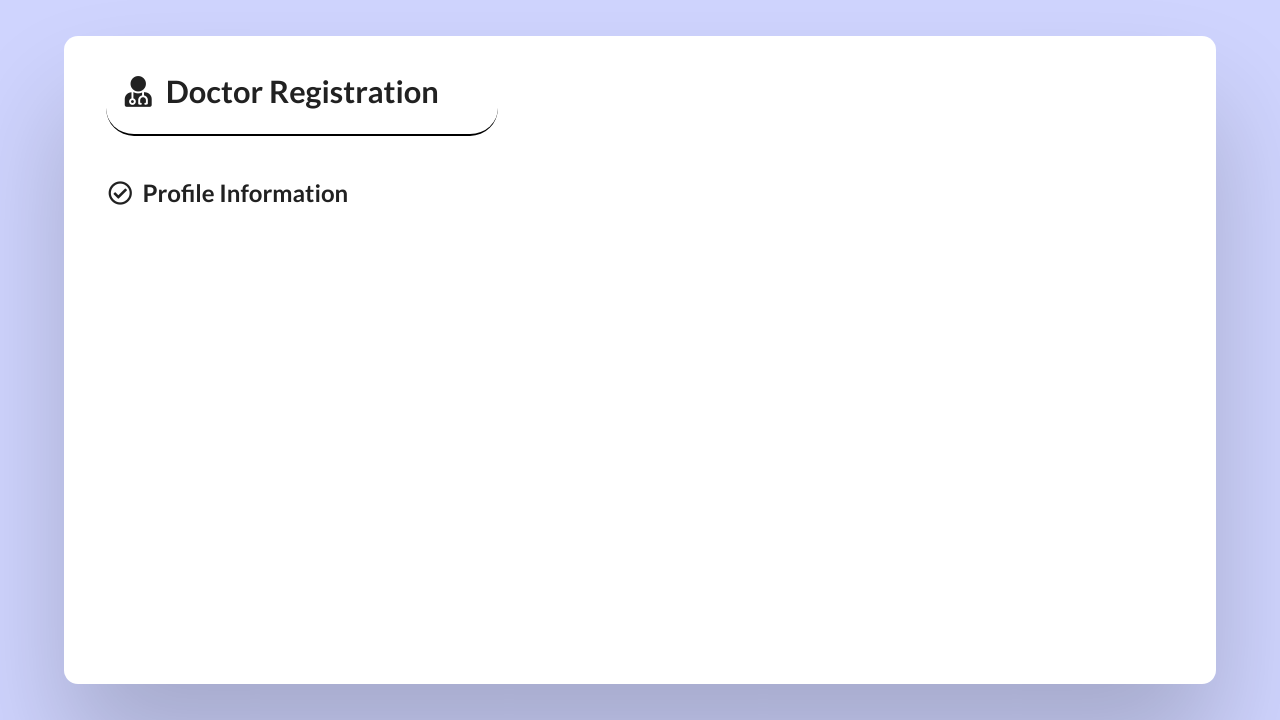
Repository: ajayaj2001/healthcare-digitization
Page: /doctorRegister
An editor plug-in stored every save of this project. The page is shown before and after the next save, followed by the edit.
The browser window is 1280 px wide. The pictures show the whole page.
The project was rebuilt for these pictures with package versions that can differ from the ones it lists, and the page was loaded fresh each time. Also part of the build but not shown: src/component/userType/UserType.scss, src/component/userType/UserType.js, src/component/login/Login.scss, src/component/login/loginForm/LoginForm.scss, src/component/login/loginForm/LoginForm.js, src/component/login/Login.js, src/component/register/Register.scss, src/component/register/registerForm/RegisterForm.scss and 2 more.

Above is the page before, as saved 2021-03-13 11:32:08.

### public/index.html
<!DOCTYPE html>
<html lang="en">

<head>
  <meta charset="utf-8" />
  <meta name="viewport" content="width=device-width, initial-scale=1" />
  <meta name="theme-color" content="#000000" />
  <meta name="description" content="Web site created using create-react-app" />
  <link rel="stylesheet" href="https://fonts.googleapis.com/css?family=Roboto:300,400,500,700&display=swap" />
  <link rel="stylesheet" href="https://fonts.googleapis.com/icon?family=Material+Icons" />

  <!--
      manifest.json provides metadata used when your web app is installed on a
      user's mobile device or desktop. See https://developers.google.com/web/fundamentals/web-app-manifest/
    -->
  <!-- <link rel="manifest" href="%PUBLIC_URL%/manifest.json" /> -->
  <!--
      Notice the use of %PUBLIC_URL% in the tags above.
      It will be replaced with the URL of the `public` folder during the build.
      Only files inside the `public` folder can be referenced from the HTML.

      Unlike "/favicon.ico" or "favicon.ico", "%PUBLIC_URL%/favicon.ico" will
      work correctly both with client-side routing and a non-root public URL.
      Learn how to configure a non-root public URL by running `npm run build`.
    -->
  <title>medical</title>
</head>

<body>
  <noscript>You need to enable JavaScript to run this app.</noscript>
  <div id="root"></div>
  <!--
      This HTML file is a template.
      If you open it directly in the browser, you will see an empty page.

      You can add webfonts, meta tags, or analytics to this file.
      The build step will place the bundled scripts into the <body> tag.

      To begin the development, run `npm start` or `yarn start`.
      To create a production bundle, use `npm run build` or `yarn build`.
    -->
</body>

</html>

### src/index.js
import React from 'react';
import ReactDOM from 'react-dom';
import './index.scss';
import App from './component/app/App';
import 'semantic-ui-css/semantic.min.css'


ReactDOM.render(
  // <React.StrictMode>
    <App />
  // </React.StrictMode>
  ,
  document.getElementById('root')
);

### src/index.scss
code {
  font-family: source-code-pro, Menlo, Monaco, Consolas, "Courier New", monospace;
}
@mixin respond($breakpoint) {
  @if $breakpoint == phone {
    @media (max-width: 37.5em) {
      @content;
    }
  }

  @if $breakpoint == tab-land {
    @media (max-width: 75em) {
      @content;
    }
  }
  @if $breakpoint == tab-port {
    @media (max-width: 56.25em) {
      @content;
    }
  }
  @if $breakpoint == big-desktop {
    @media (min-width: 112.5em) {
      @content;
    }
  }
}

*,
*::after,
*::before {
  margin: 0;
  padding: 0;
  box-sizing: inherit;
}
body {
  font-family: "Lato", sans-serif;
  font-weight: 400;
  font-size: 16px;
  line-height: 1.7;
  color: #777;
  //padding: 30px;
  box-sizing: border-box;
  @include respond(tab-port) {
    padding: 0;
  }
}

html {
  font-size: 62.5%; //1rem=10px 10px/16px=62.5%
  @include respond(tab-land) {
    //width <1200
    font-size: 56.25%; //1rem=9px
  }
  @include respond(tab-port) {
    //<width <900
    font-size: 50%; //1rem=8px
  }
  // @include respond(phone) {
  //     //<width<600
  //     font-size: 40%; //1rem=4.8px
  // }
  @include respond(big-desktop) {
    //>1200
    font-size: 75%; //1rem=12
  }
}

### src/component/app/App.js
import './App.scss';

import UserType from "../userType/UserType";
import Login from '../login/Login';
import Register from '../register/Register';
import { BrowserRouter as Router,Route,Switch } from 'react-router-dom';
import DoctorRegister from '../doctorRegister/DoctorRegister';

function App() {
  return (
    <Router>
       <Switch>
          <Route path="/login">
           <Login/>
          </Route>
          <Route path="/register">
           <Register/>
          </Route>
          <Route path="/doctorRegister">
            <DoctorRegister/>
          </Route>
          <Route path="/">
            <UserType/>
          </Route>

        </Switch>
    {/* <div className="App">
    </div> */}
    </Router>
  );
}

export default App;

### src/component/doctorRegister/DoctorRegister.js
import React from 'react'
import './DoctorRegister.scss'
import DoctorRegisterForm from './doctorRegisterForm/DoctorRegisterForm'
import {  Icon } from 'semantic-ui-react'

const DoctorRegister = () => {
    return (
        <div className="doctorRegister__container">
            <div className="doctorRegister__main">
                <h1 className="doctorRegister__heading"><Icon name="user doctor"/> Doctor Registration</h1>
                <DoctorRegisterForm/>
            </div>
        </div>
    )
}

export default DoctorRegister

### src/component/doctorRegister/DoctorRegister.scss
.doctorRegister{
    &__container{
        margin: 0;
        background-color: #cfd4fe;
        height: 100vh;
        display: flex;
        justify-content: center;
        align-items: center;
    }
    &__main{
        background-color: white;
        width: 90%;
        height: 90%;
        border-radius: 1rem;
        align-items: center;
        overflow: hidden;
        box-shadow: 0 5rem 8rem rgba(black, 0.2);
        padding: 1rem 0rem 0rem 3rem;
    }
   &__heading{
       font-size: 2.2rem;
       margin: 0rem 0rem 3rem 0rem;
       padding-left: 1rem;
       line-height: 6rem;
       border-bottom: .2rem solid black;
       width: 28rem;
       border-radius: 2rem;

   }
}

### src/component/doctorRegister/doctorRegisterForm/DoctorRegisterForm.js
import React from 'react'
import { Icon } from 'semantic-ui-react'
import './DoctorRegisterForm.scss'
const DoctorRegisterForm = () => {
    return (
        <div className="doctorRegisterForm">
            <div className="doctorRegisterForm__heading"><h2><Icon name="check circle outline"/> Profile Information</h2></div>
        </div>
    )
}

export default DoctorRegisterForm

### src/component/doctorRegister/doctorRegisterForm/DoctorRegisterForm.scss
.doctorRegisterForm{
    &__heading{
        font-size: 1rem;
    }
}

Loaded but not shown: src/component/app/App.scss (no stored copy; drawn as an empty file)

After the next save:
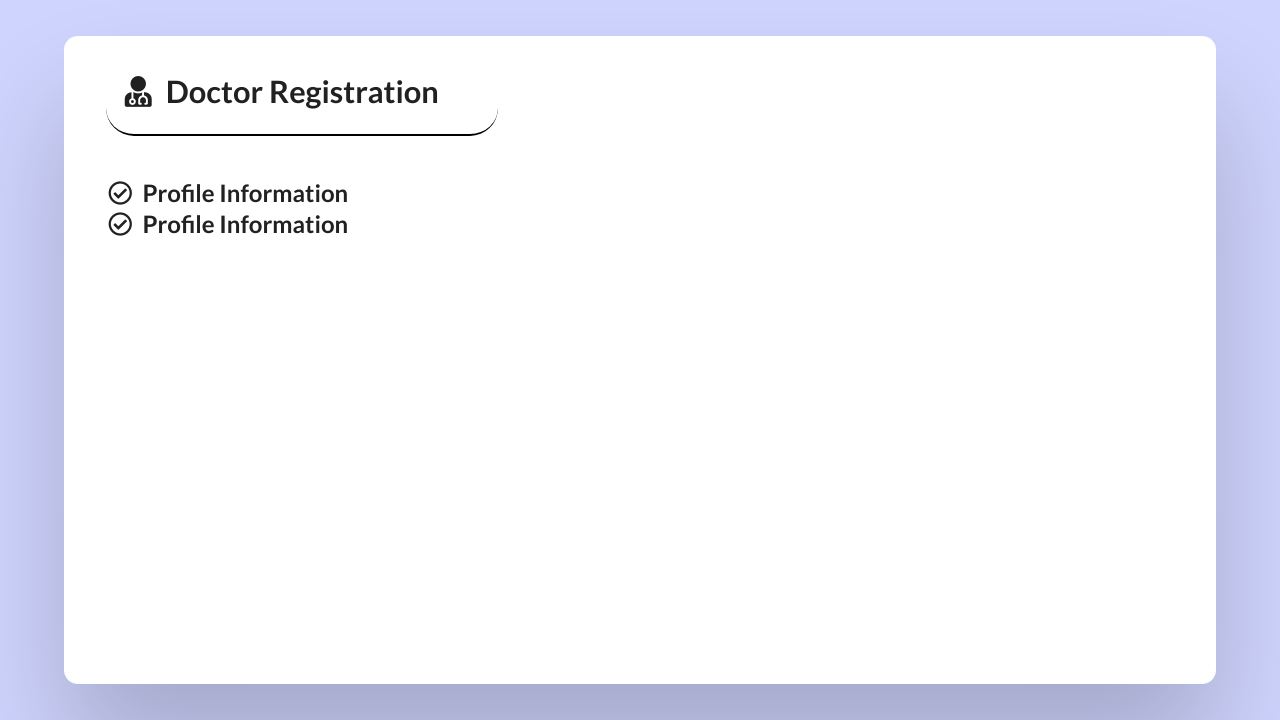
Saved 78 s later.
--- a/src/component/doctorRegister/DoctorRegister.js
+++ b/src/component/doctorRegister/DoctorRegister.js
@@ -8,6 +8,7 @@ const DoctorRegister = () => {
         <div className="doctorRegister__container">
             <div className="doctorRegister__main">
                 <h1 className="doctorRegister__heading"><Icon name="user doctor"/> Doctor Registration</h1>
+                <div ><h2><Icon name="check circle outline"/> Profile Information</h2></div>
                 <DoctorRegisterForm/>
             </div>
         </div>

After the save that followed:
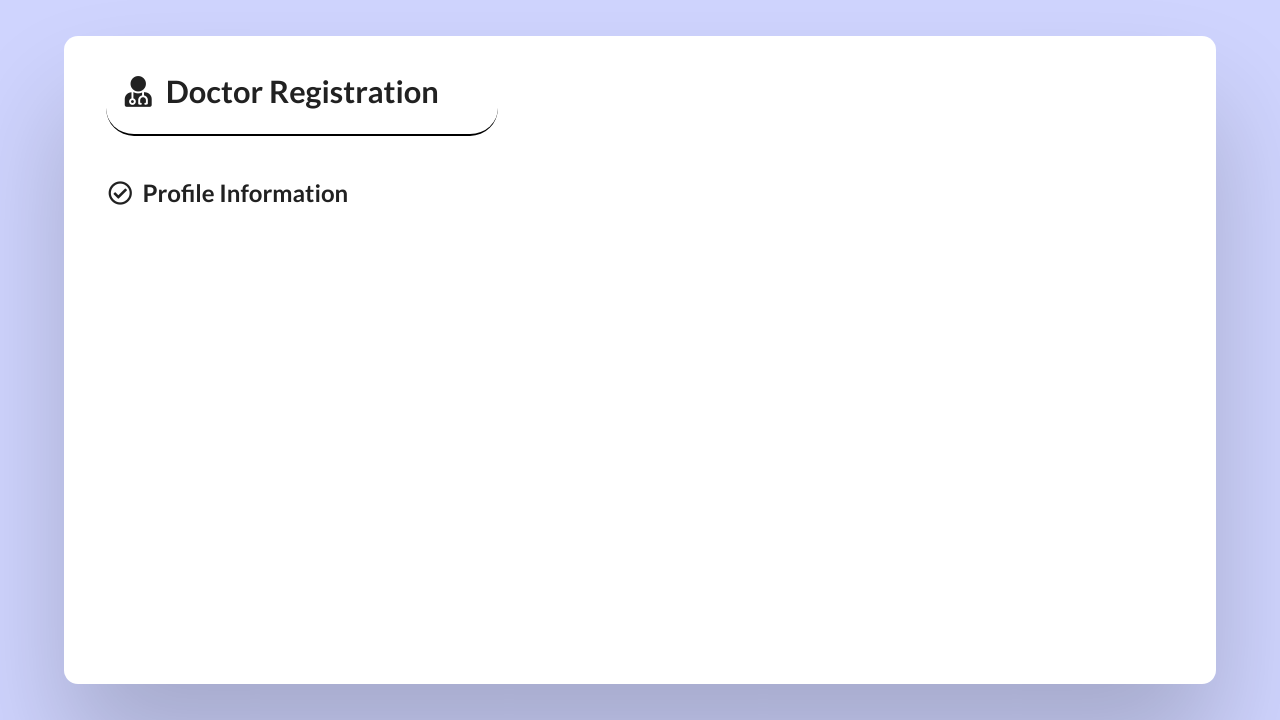
Saved 8 s later.
--- a/src/component/doctorRegister/doctorRegisterForm/DoctorRegisterForm.js
+++ b/src/component/doctorRegister/doctorRegisterForm/DoctorRegisterForm.js
@@ -4,7 +4,7 @@ import './DoctorRegisterForm.scss'
 const DoctorRegisterForm = () => {
     return (
         <div className="doctorRegisterForm">
-            <div className="doctorRegisterForm__heading"><h2><Icon name="check circle outline"/> Profile Information</h2></div>
+
         </div>
     )
 }
